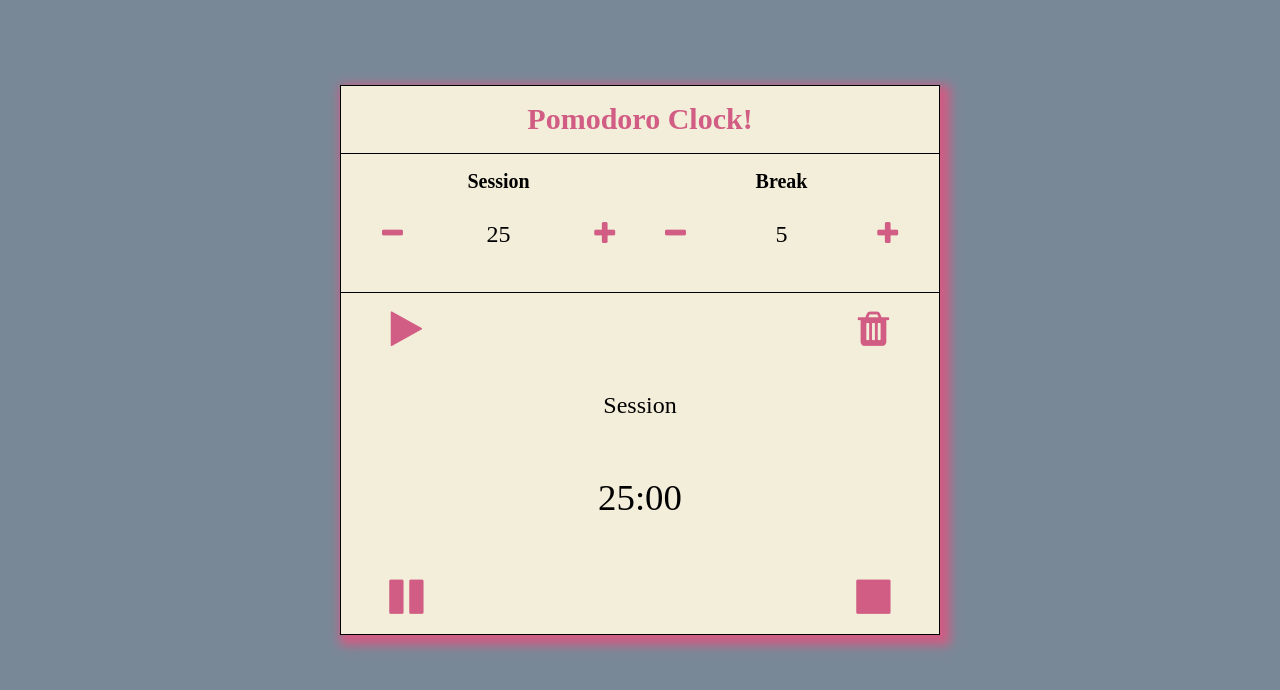
Repository: mcostigliola/pomodoroTimer
Page: index.html
An editor plug-in stored every save of this project. The page is shown before and after the next save, followed by the edit.
The browser window is 1280 px wide. The pictures show the whole page.

Above is the page before, as saved 2020-06-10 19:44:48.

### index.html
<!DOCTYPE html>
<html>
<head>
  <meta charset='utf-8'>
  <meta http-equiv='X-UA-Compatible' content='IE=edge'>
  <title>Page Title</title>
  <meta name='viewport' content='width=device-width, initial-scale=1'>
  <link rel='stylesheet' type='text/css' media='screen' href='main.css'>
  <link rel='stylesheet' type='text/css' media='screen' href='https://cdnjs.cloudflare.com/ajax/libs/font-awesome/4.7.0/css/font-awesome.css'>
</head>
<body>
  <div id="main-container">
    <div id="title-watch">
      <p>Pomodoro Clock!</p>
    </div>

    <div id="session-container">
      <div class="timer-configurator">
        <h3 class="cnfg-name">Session</h3>
        <div class="cnfg-controller">
          <button id="session-down" class="arrow-btn arrow-down">
            <i class="fa fa-2x fa-minus" aria-hidden="true"></i>
          </button>
          <div id="session-minute" class="config-minute"></div>
          <button id="session-up" class="arrow-btn arrow-up">
            <i class="fa fa-2x fa-plus" aria-hidden="true"></i>
          </button>
        </div>
      </div>
      <div class="timer-configurator">
        <h3 class="cnfg-name">Break</h3>
        <div class="cnfg-controller">
          <button id="break-down" class="arrow-btn arrow-down">
            <i class="fa fa-2x fa-minus" aria-hidden="true"></i>
          </button>
          <div id="break-minute" class="config-minute"></div>
          <button id="break-up" class="arrow-btn arrow-up">
            <i class="fa fa-2x fa-plus" aria-hidden="true"></i>
          </button>
        </div>
      </div>
    </div>

    <div id="timer-container">
       <div class="btn-container">
         <button id="btn-play"><i class="fa fa-3x fa-play" aria-hidden="true"></i></button>
         <button id="btn-reset"><i class="fa fa-3x fa-trash" aria-hidden="true"></i></button>
       </div>

       <p id="status">Session</p>
       <p id="timer">25:00</p>
       <div class="btn-container">
         <button id="btn-pause"><i class="fa fa-3x fa-pause" aria-hidden="true"></i>
</button>
         <button id="btn-stop"><i class="fa fa-3x fa-stop" aria-hidden="true"></i>
</button>
       </div>

    </div>
  </div>

  <script src='main.js'></script>
</body>
</html>

### main.css
:root{
    --bg-color: #798897;
    --main-color: #f3eed9;
    --icon-color: #d15c84;
}

 *{

    box-sizing: border-box;
    margin:0;
    padding:0;
}

html{
    height: 100%;
    background-color: var(--bg-color);
}

body{
    display: flex;
    flex-flow: column;
    height: 100%;
}

button{
    background: none;
    border: none;
    cursor: pointer;
    outline: inherit;
}

button > * {
    pointer-events: none;
  }

i{
    color: var(--icon-color);
    width: 100%;
}

#main-container{
    background-color: var(--main-color);
    box-shadow:5px 5px 10px 5px var(--icon-color);
    border: 1px solid black;
    display: flex;
    flex-flow: column;
    height: 550px;
    justify-content: space-between;
    margin: auto;
    width: 600px;
}

#session-container{
    border-top: 1px solid black;
    display: flex;
    height: 30%;
    padding: 1rem;
}

#status{
    font-size: 1.5rem;
}

#timer{
    font-size: 2.3rem;
}

#timer-container{
    height: 75%;
}

#timer-container{
    border-top: 1px solid black;
    display:flex;
    flex-flow: column;
    justify-content: space-between  ;
    padding: 1rem 3rem 2rem 3rem;
    text-align: center;
}

#title-watch{
    align-items: center;
    display: flex;
    height: 15%;
    text-align: center;
}

#title-watch p{
    color: var(--icon-color);
    flex-grow: 1;
    font-size: 30px;
    font-weight: bold;
}

.arrow-btn{
    width: 25%;
}

.btn-container{
    display: flex;
    justify-content: space-between;
}

.btn-container button{
    height: 25px;
    width: 35px;
}

.cnfg-controller{
    display: flex;
    flex-grow: 1;
    justify-content: space-between;
}

.cnfg-name{
    font-size: 20px;
}

.config-minute{
    font-size: 1.5rem;
    display: flex;
    flex-flow: column;
    justify-content: center;
}


.timer-configurator{
    display: flex;
    flex-flow: column;
    width: 50%;
}

.timer-configurator h3{
    text-align: center;
}

### main.js
const MAX_CNFG_VALUE = 99;
const DEFMINUTES = 25;
const DEFBREAK = 5;
let configSessionMinutes = DEFMINUTES;
let configBreakMinutes = DEFBREAK;
let timerMinutes = configSessionMinutes;
let timerSeconds = 0;
let intervalId;
let isPaused = true;
let isOnBreak = false;
let sessionP = document.getElementById('status');
document.getElementById('session-minute').innerText = configSessionMinutes.toString();
document.getElementById('break-minute').innerText = configBreakMinutes.toString();

let arrowBtns = Array.from(document.querySelectorAll('.arrow-btn'));
arrowBtns.forEach(btn => btn.addEventListener('click', pressArrow));

document.getElementById('btn-play').addEventListener('click', pressPlay);
document.getElementById('btn-pause').addEventListener('click', pressPause);
document.getElementById('btn-stop').addEventListener('click', pressStop);
document.getElementById('btn-reset').addEventListener('click', resetButton);

function pressArrow(e){
  const buttonId = e.target.id;
  changeConfigMinutes(buttonId);
  alignConfigWithDisplay(buttonId);
}

function alignConfigWithDisplay(buttonId){
  if(buttonId.includes('break')){
    updateDisplay();
    if(isPaused && isOnBreak){
      timerMinutes = configBreakMinutes;
      updateDisplay();
    }
  }else{
    updateDisplay();
    if(isPaused && !isOnBreak){
      timerMinutes = configSessionMinutes;
      updateDisplay();
    }
  }
}

function changeConfigMinutes(buttonId){
  switch(buttonId){
    case "session-up":
      if(configSessionMinutes < MAX_CNFG_VALUE) configSessionMinutes++;
      break;
    case "session-down":
      if(configSessionMinutes > 0) configSessionMinutes--;
      break;
    case "break-up":
      if(configBreakMinutes < MAX_CNFG_VALUE) configBreakMinutes++;
      break;
    case "break-down":
      if(configBreakMinutes > 0) configBreakMinutes--;
      break;
  }
}

function updateDisplay(){
  updateTimerText();
  udpateConfigText();
}

function updateTimerText(){
  let timer = '';
  timerMinutes < 10 ? timer = `0${timerMinutes}`: timer = timerMinutes;
  timerSeconds < 10 ? timer += `:0${timerSeconds}`: timer += `:${timerSeconds}`;
  document.getElementById('timer').innerText = timer;
}

function udpateConfigText(){
  document.getElementById('break-minute').innerText = configBreakMinutes.toString();
  document.getElementById('session-minute').innerText = configSessionMinutes.toString();
}

function countdown(){
   intervalId = setInterval(() => {
    if(isPaused === true){
      clearInterval(intervalId);
      return;
    }
    if (timerSeconds > 0){
          timerSeconds--;
          updateDisplay();
    }else{
      if (timerMinutes > 0){
        timerMinutes--;
        timerSeconds = 59;
        updateDisplay();
      } else {
        isPaused = true;
        switchStatus();
      }
    }
   }, 1000);
}

function pressPlay(){
  if (isPaused){
    countdown();
    isPaused = false;
  }
}

function pressPause(){
  if(!isPaused) isPaused = true;
}

function pressStop(){
  timerSeconds = 0;
  isPaused = true;
  if(isOnBreak){
    sessionP.innerText = "Break";
    timerMinutes = configBreakMinutes;
  }else{
    sessionP.innerText = "Session";
    timerMinutes = configSessionMinutes;
  }
  updateDisplay();
}

function resetButton(){
  configSessionMinutes = DEFMINUTES;
  configBreakMinutes = DEFBREAK;
  isPaused = true;
  isOnBreak = false;
  timerMinutes = configSessionMinutes;
  timerSeconds = 0;
  sessionP.innerText = "Session";
  updateDisplay();
}

function switchStatus(){
  clearInterval(intervalId);
  isOnBreak = !isOnBreak;
  if(isOnBreak){
    timerMinutes = configBreakMinutes;
    sessionP.innerText = "Break";
  } else {
    timerMinutes = configSessionMinutes;
    sessionP.innerText = "Session";
  }
  isPaused = true;
  updateDisplay();
}

After the next save:
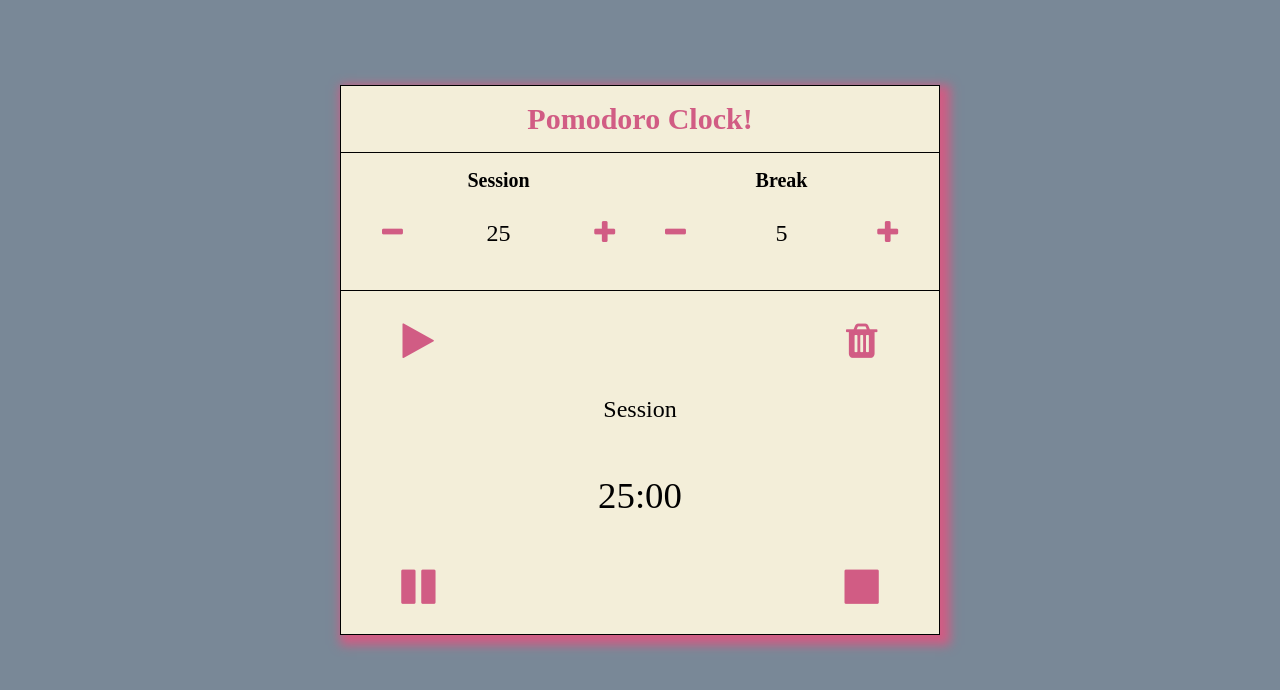
Saved 2 min 31 s later.
--- a/main.css
+++ b/main.css
@@ -74,7 +74,7 @@ i{
     display:flex;
     flex-flow: column;
     justify-content: space-between  ;
-    padding: 1rem 3rem 2rem 3rem;
+    padding: 5% 10% 7% 10%;
     text-align: center;
 }
 
